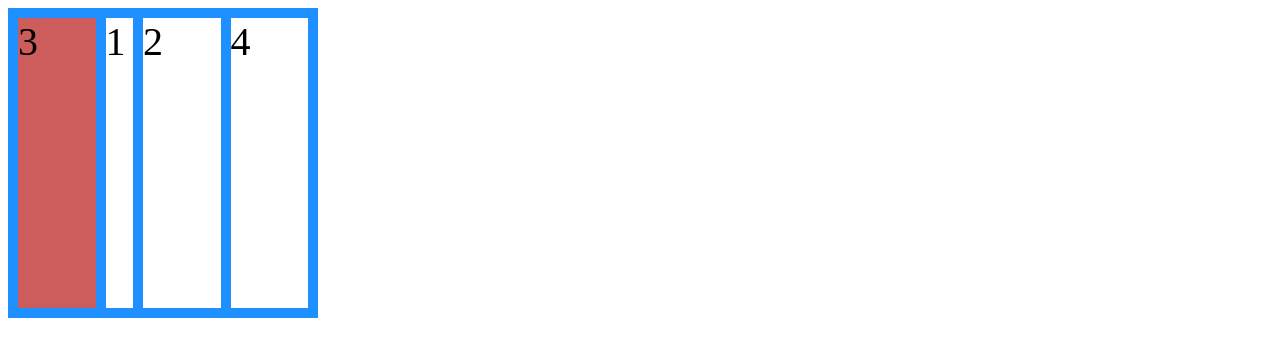
Repository: eversonps/flexbox-grid-css
Page: flexbox/flexbox2.html
The author's editor kept a copy of each file at every save. The page is drawn from the files as they stood at one save, then again after the next save.
The browser window is 1280 px wide. The pictures show the whole page.

Above is the page before, as saved 2022-03-23 15:32:31.

After the next save:
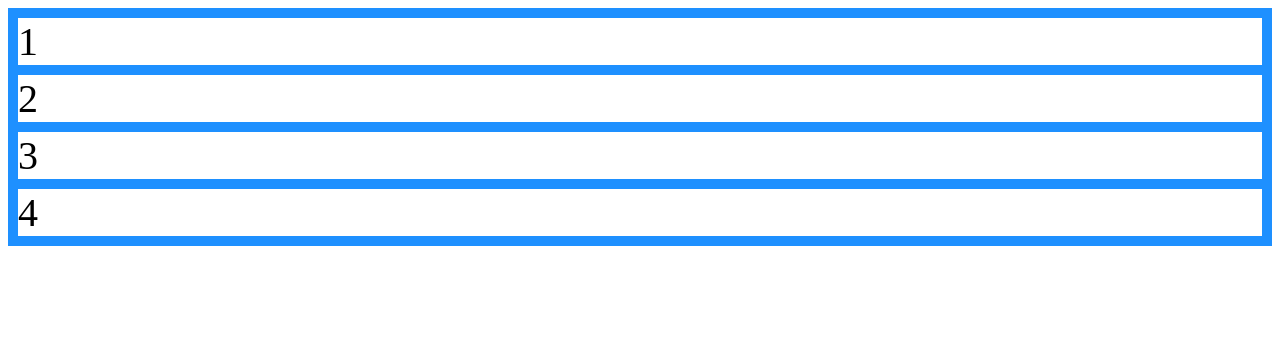
Saved 5 min 51 s later.
--- a/flexbox/flexbox2.html
+++ b/flexbox/flexbox2.html
@@ -14,41 +14,7 @@
             box-sizing: border-box;
         }
 
-        .flex-container {
-            display: flex;
-            height: 300px;
-            width: 600px;
-        }
 
-        .flex-container div:nth-child(3) {
-            background-color: indianred;
-            order: 1;
-            order: 0;
-            order: -1;
-            align-self: center;
-            align-self: flex-end;
-            align-self: flex-start;
-            align-self: stretch;
-        }
-
-        .flex-container div {
-            width: 100px;
-            flex-grow: 0;
-            flex-grow: 1;
-        }
-
-        .flex-container div:nth-child(1) {
-            flex-grow: 2;
-        }
-
-        .flex-container {
-            width: 300px;
-            flex-shrink: 1;
-        }
-
-        .flex-container div:nth-child(1) {
-            flex-shrink: 5;
-        }
     </style>
 </head>
 
